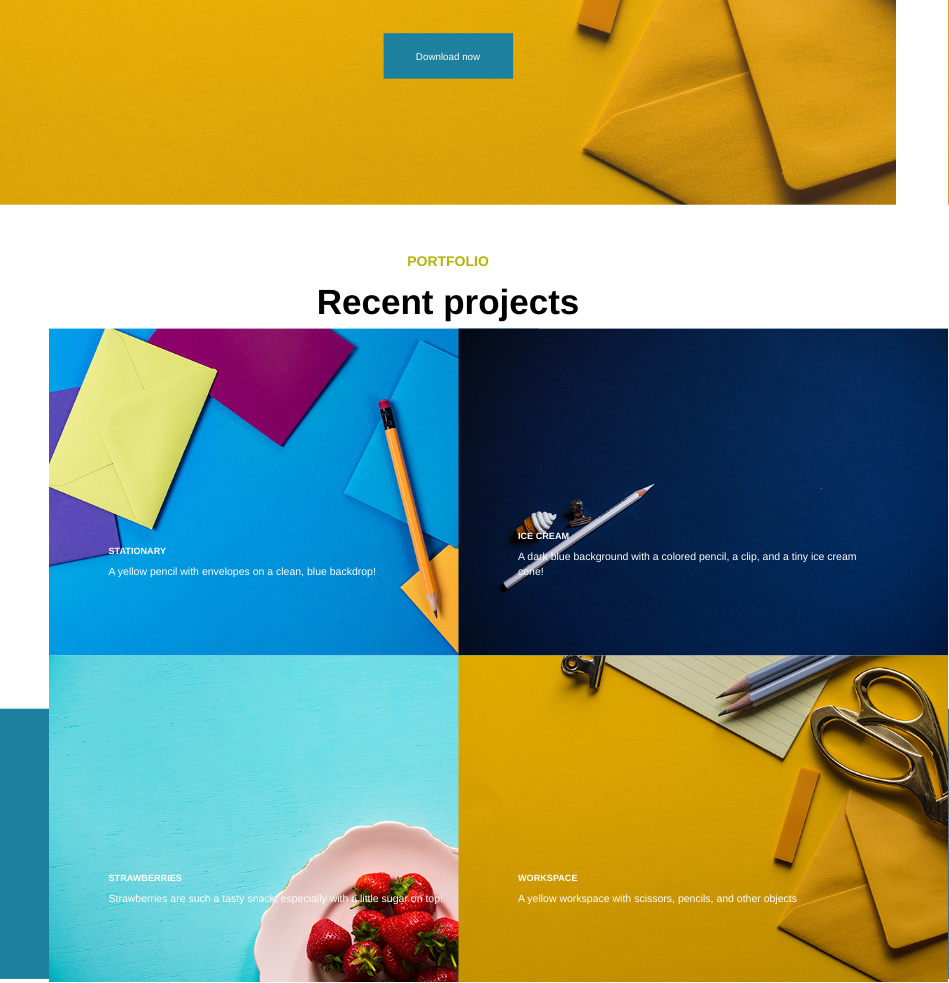
Repository: codin-full-stack/tomasz
Page: http://localhost/tomasz/portfolio/index.php
An editor plug-in stored every save of this project. The page is shown before and after the next save, followed by the edit.
The browser window is 1280 px wide. The page is 1355 px wide, so the pictures cover 1355 px, including what lies to the right of the window. The pictures show the part of the page from y = 2138 to 3978 px (the page is 3542 px tall before and 3978 px after), at 70% of full size.
Some web libraries are served in a nearby version. The page is run by PHP 8.4 with error messages shown; the project is at /var/www/html/.

Above is the page before, as saved 2018-10-23 09:27:00.

After the next save:
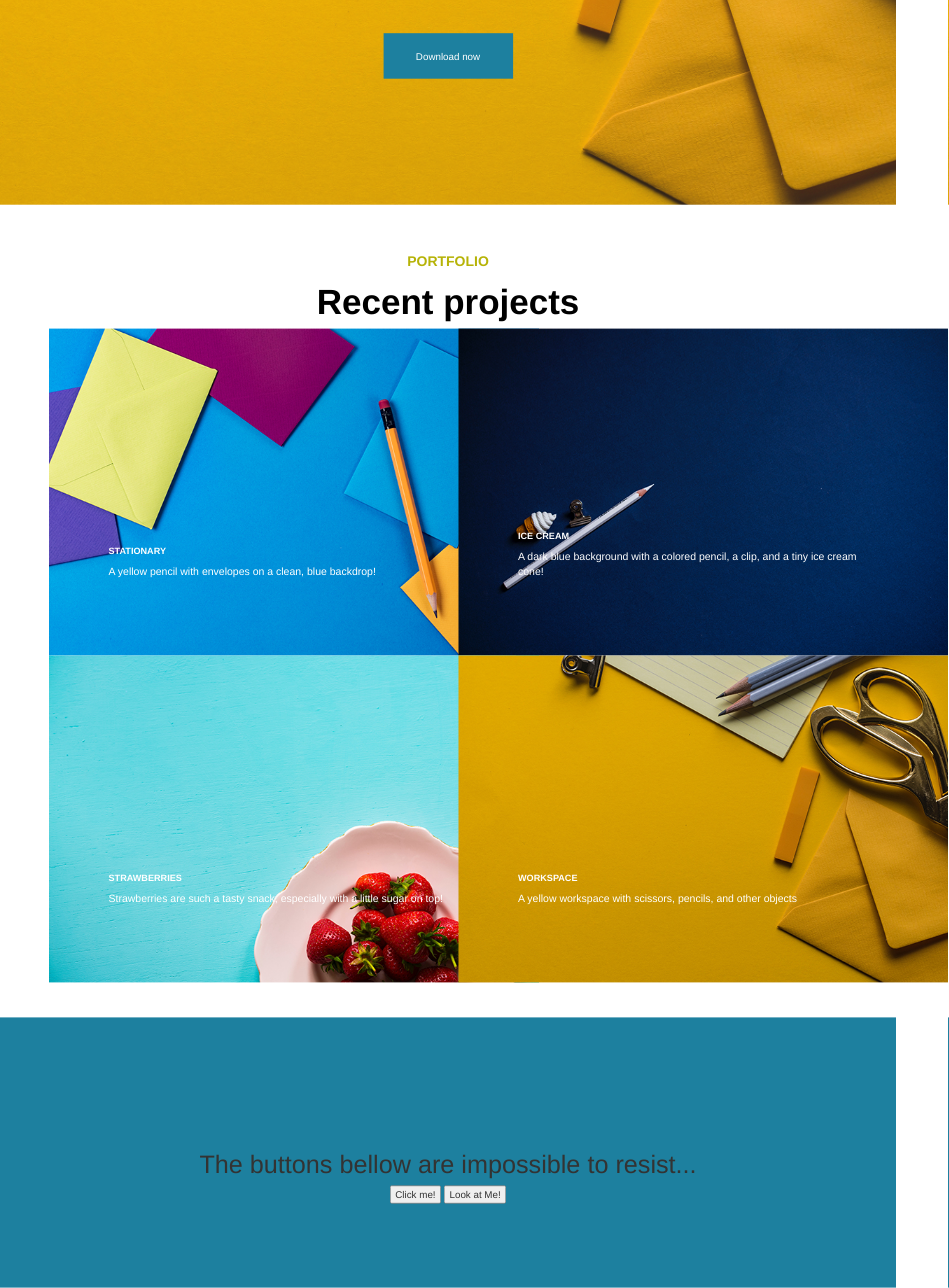
Saved 21 s later.
--- a/portfolio/styles.css
+++ b/portfolio/styles.css
@@ -31,7 +31,7 @@ body {
     background-size: cover;
 }
 .fifth {
-    height: 100vh;
+    padding-bottom: 50px;
 
 }
 .seventh {
